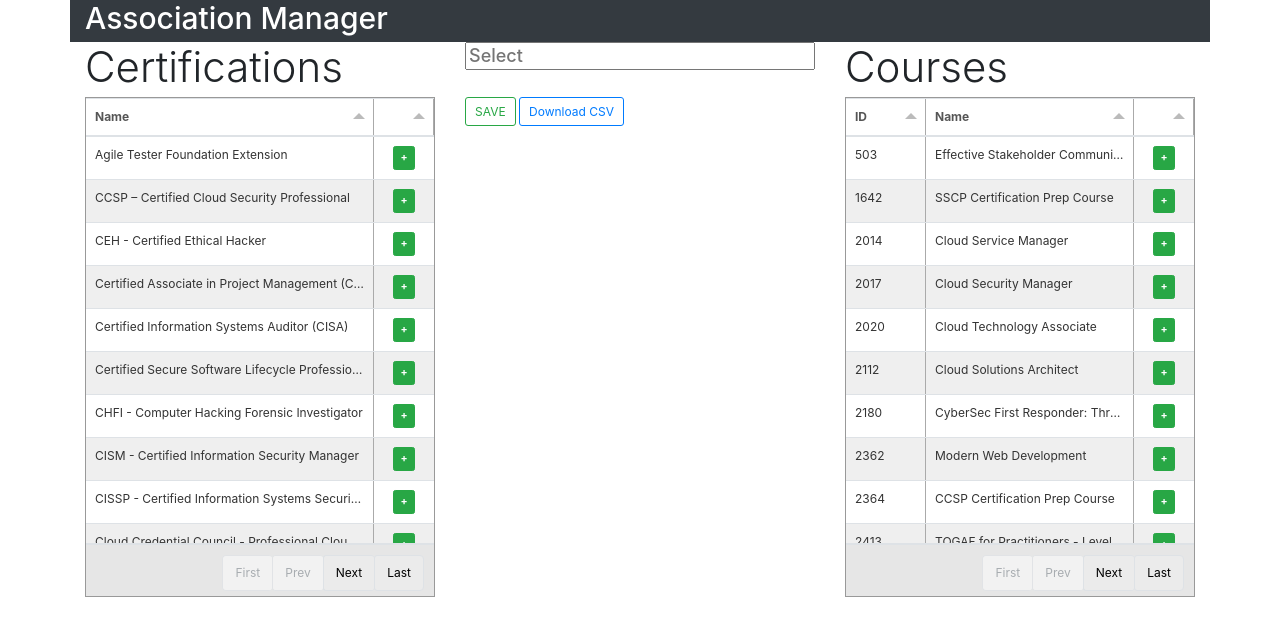
Repository: t1s1/pathfinder2
Page: index.html
The author's editor kept a record of every edit. The page is drawn from the files as they stood at one moment, then again after the next edit.
The browser window is 1280 px wide. The pictures show the whole page.
The page's requests for data from a server got no answer.

Above is the page before.

After the next edit:
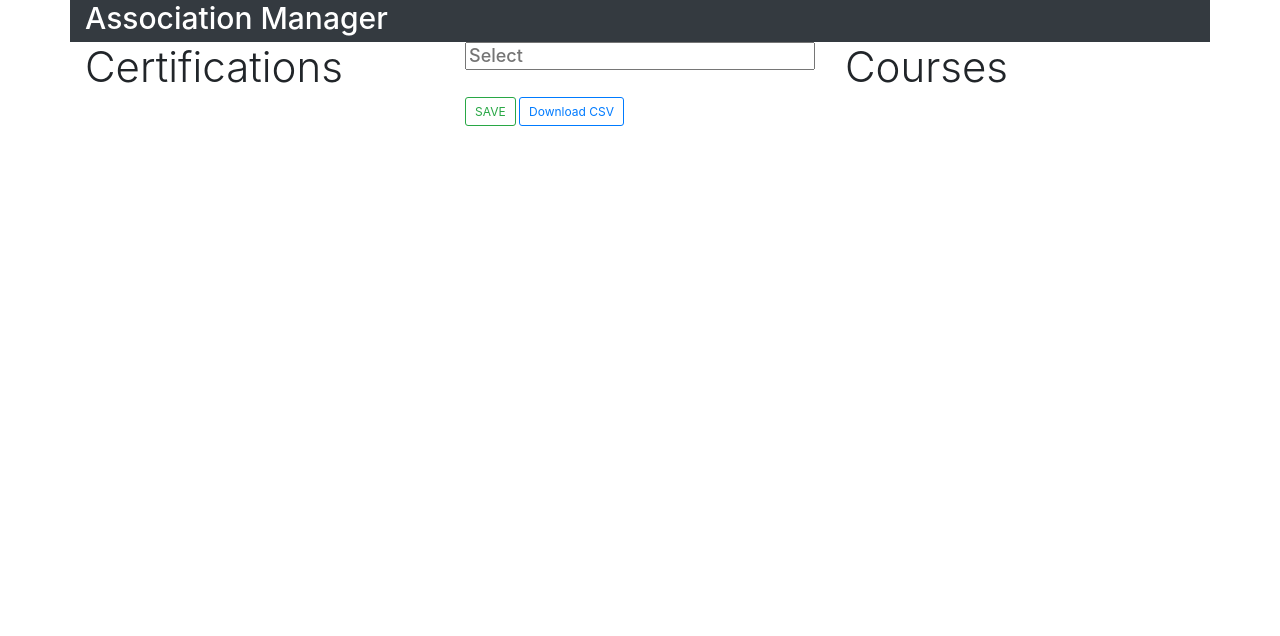
Console error: SyntaxError: Invalid or unexpected token
The edit:
--- a/pathfinder.js
+++ b/pathfinder.js
@@ -6,7 +6,8 @@
 $(document).ready(function() {
   $.get( "data/AA_courses.csv", function( data ) { initCourseData( data, "course-table" ) });
   $.get( "data/AA_certs.csv", function( data ) { initCertData( data, "cert-table" ) });
-  //$.get( "data/AA_assoc.csv", function( data ) { initAssocData( data, "assoc-table" ) });
+  $.get( "data/AA_assoc.csv", function( data ) { initAssocData( data, "assoc-table" ) });
+  /*
   $.getJSON("http://34.229.45.11/json.php", function( json ) {
       initAssocData( json,"assoc-table" );
   });

After the edit that followed:
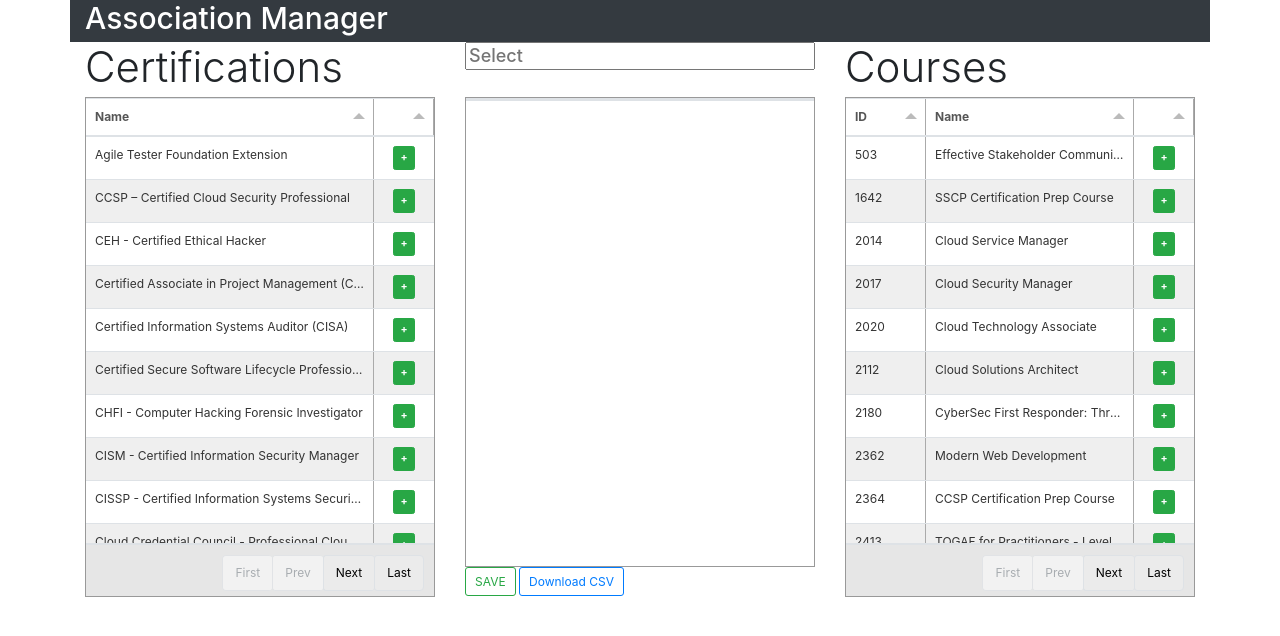
The error is gone.
The edit:
--- a/pathfinder.js
+++ b/pathfinder.js
@@ -13,7 +13,7 @@
   });
 
   //assocTable.setData("http://34.229.45.11/json.php");
-
+  */
 
   $("#download-json").click( function() {
     downloadJSON( assocData_obj.arr );
